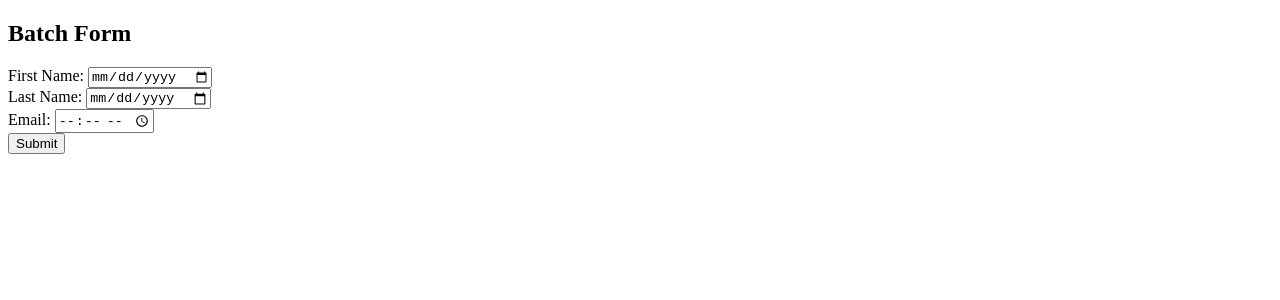
Repository: thomaschuajk/pgfsd_phase2project
Page: http://localhost/ZumbaRegApp/batchForm.jsp
An editor plug-in stored every save of this project. The page is shown before and after the next save, followed by the edit.
The browser window is 1280 px wide. The pictures show the whole page.
The page is served by Tomcat 10. Other server files are loaded and not shown.

Above is the page before, as saved 2024-03-15 14:53:49.

### ZumbaRegApp/src/main/webapp/batchForm.jsp
<%@ page language="java" contentType="text/html; charset=ISO-8859-1"
    pageEncoding="ISO-8859-1"%>
<!DOCTYPE html>
<html>
<head>
<meta charset="ISO-8859-1">
<title>Insert title here</title>
</head>
<body>
<h2>Batch Form</h2>

	<form action="batchform" method="post">
		<label for="startdate">First Name:</label>
		<input type="date" id="startdate" name="startdate" required>
		<br>
		<label for="enddate">Last Name:</label>
		<input type="date" id="enddate" name="enddate" required>
		<br>
		<label for="sessiontime">Email:</label>
		<input type="time" id="sessiontime" name="sessiontime" required>
		<br>
		<input type="submit" value="Submit">

	</form>

</body>
</html>

After the next save:
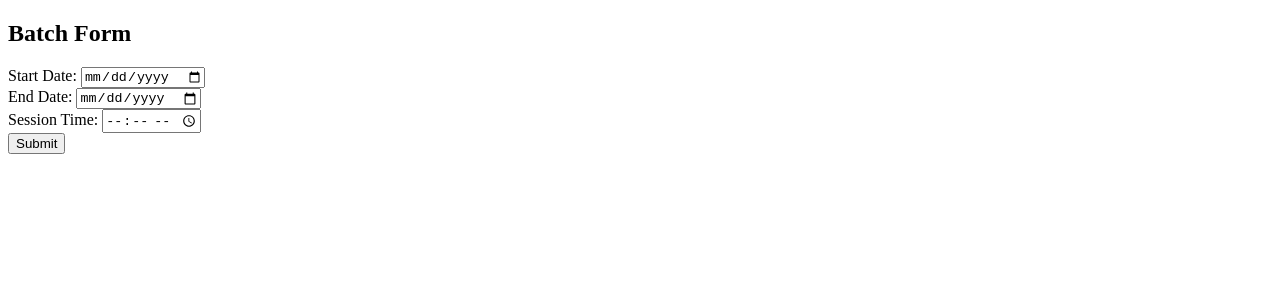
Saved 7 h 13 min later.
--- a/ZumbaRegApp/src/main/webapp/batchForm.jsp
+++ b/ZumbaRegApp/src/main/webapp/batchForm.jsp
@@ -10,13 +10,13 @@
 <h2>Batch Form</h2>
 
 	<form action="batchform" method="post">
-		<label for="startdate">First Name:</label>
+		<label for="startdate">Start Date:</label>
 		<input type="date" id="startdate" name="startdate" required>
 		<br>
-		<label for="enddate">Last Name:</label>
+		<label for="enddate">End Date:</label>
 		<input type="date" id="enddate" name="enddate" required>
 		<br>
-		<label for="sessiontime">Email:</label>
+		<label for="sessiontime">Session Time:</label>
 		<input type="time" id="sessiontime" name="sessiontime" required>
 		<br>
 		<input type="submit" value="Submit">
